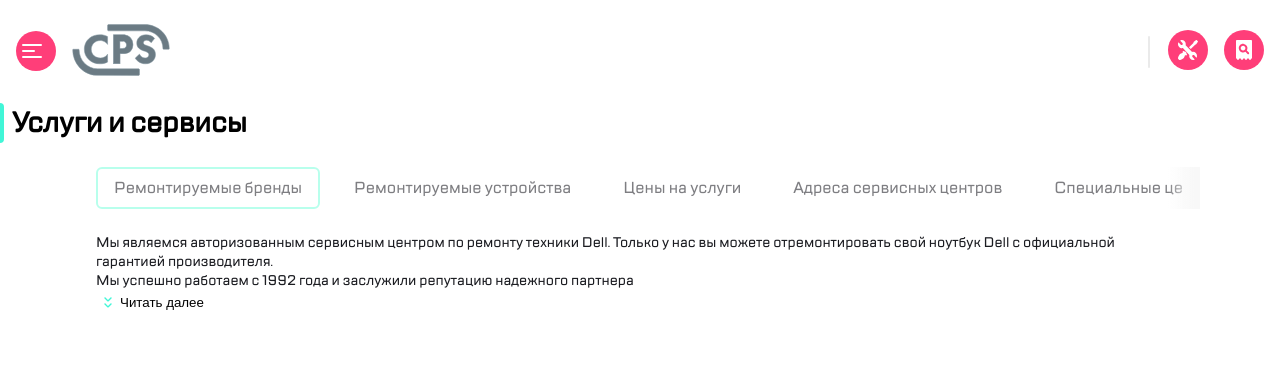
Repository: sem1103/bem
Page: index.html
These files come from the project's save history. The page is drawn as it stood at one moment and after the next save; the edit follows.
The browser window is 1280 px wide. The pictures show the whole page.

Above is the page before, as saved 2023-12-27 18:29:30.

### index.html
<!DOCTYPE html>
<html lang="en">
<head>
    <meta charset="UTF-8">
    <meta name="viewport" content="width=device-width, initial-scale=1.0">
    <title>CPS</title>
    <link rel="stylesheet" href="styles/reset.css">
    <link rel="stylesheet" href="styles/main.css">
</head>
<body>
    <div id="page" >
        <header>
            <nav>
                <div class="burger">
                    <button class="burger__btn ">
                        <span></span>
                        <span></span>
                        <span></span>
                    </button>
                </div>

                <div class="burger-menu">

                    <ul class="burger-menu__list">
                        <li><a href="">Главная</a></li>
                        <li><a href="">Услуги и сервисы</a></li>
                        <li><a href="">Контакты</a></li>
                        <li><a href="">
                            <svg xmlns="http://www.w3.org/2000/svg" width="40" height="40" viewBox="0 0 40 40" fill="none">
                                <rect width="40" height="40" rx="20" fill="#FF3E79"/>
                                <path fill-rule="evenodd" clip-rule="evenodd" d="M12.7602 23.25L15.3002 22.96C15.9102 22.89 16.5102 23.1 16.9402 23.53L18.7802 25.37C21.6102 23.93 23.9302 21.62 25.3702 18.78L23.5202 16.93C23.0902 16.5 22.8802 15.9 22.9502 15.29L23.2402 12.77C23.3602 11.76 24.2102 11 25.2302 11H26.9602C28.0902 11 29.0302 11.94 28.9602 13.07C28.4302 21.61 21.6002 28.43 13.0702 28.96C11.9402 29.03 11.0002 28.09 11.0002 26.96V25.23C10.9902 24.22 11.7502 23.37 12.7602 23.25Z" fill="white"/>
                              </svg>
                        </a></li>
                        <li><a href="">
                            <svg xmlns="http://www.w3.org/2000/svg" width="40" height="40" viewBox="0 0 40 40" fill="none">
                                <rect width="40" height="40" rx="20" fill="#FF3E79"/>
                                <path fill-rule="evenodd" clip-rule="evenodd" d="M28 11H12C10.9 11 10.01 11.9 10.01 13L10 31L14 26H28C29.1 26 30 25.1 30 24V13C30 11.9 29.1 11 28 11ZM21 22H15C14.45 22 14 21.55 14 21C14 20.45 14.45 20 15 20H21C21.55 20 22 20.45 22 21C22 21.55 21.55 22 21 22ZM25 17H15C14.45 17 14 16.55 14 16C14 15.45 14.45 15 15 15H25C25.55 15 26 15.45 26 16C26 16.55 25.55 17 25 17Z" fill="white"/>
                                <mask id="mask0_0_1880" style="mask-type:luminance" maskUnits="userSpaceOnUse" x="10" y="11" width="20" height="20">
                                  <path fill-rule="evenodd" clip-rule="evenodd" d="M28 11H12C10.9 11 10.01 11.9 10.01 13L10 31L14 26H28C29.1 26 30 25.1 30 24V13C30 11.9 29.1 11 28 11ZM21 22H15C14.45 22 14 21.55 14 21C14 20.45 14.45 20 15 20H21C21.55 20 22 20.45 22 21C22 21.55 21.55 22 21 22ZM25 17H15C14.45 17 14 16.55 14 16C14 15.45 14.45 15 15 15H25C25.55 15 26 15.45 26 16C26 16.55 25.55 17 25 17Z" fill="white"/>
                                </mask>
                                <g mask="url(#mask0_0_1880)">
                                </g>
                              </svg>
                        </a></li>
                        <li><a href="">
                            <svg xmlns="http://www.w3.org/2000/svg" width="40" height="40" viewBox="0 0 40 40" fill="none">
                                <rect width="40" height="40" rx="20" fill="#FF3E79"/>
                                <path d="M20.5 19C22.9853 19 25 16.9853 25 14.5C25 12.0147 22.9853 10 20.5 10C18.0147 10 16 12.0147 16 14.5C16 16.9853 18.0147 19 20.5 19Z" fill="white"/>
                                <path d="M10.0166 26.6118C9.88693 27.3412 10.5352 28 11.339 28H28.6604C29.4902 28 30.1125 27.3412 29.9829 26.6118C29.2309 22.4 25.0561 20 19.9997 20C14.9433 20 10.7686 22.4 10.0166 26.6118Z" fill="white"/>
                              </svg>
                        </a></li>
                    </ul>
                </div>

                <div class="logo">
                    <svg class="logo__item" xmlns="http://www.w3.org/2000/svg" width="98" height="52" viewBox="0 0 98 52" fill="none">
                        <path fill-rule="evenodd" clip-rule="evenodd" d="M36.5703 0.592529C36.018 0.592529 35.5703 1.04024 35.5703 1.59253V5.86748C35.5703 6.41977 36.018 6.86748 36.5703 6.86748H72.8973C83.0242 6.86748 90.9777 14.6641 90.9777 24.757C90.9777 25.0425 91.2092 25.274 91.4948 25.274H96.757C97.0425 25.274 97.274 25.0425 97.274 24.757C97.274 11.2677 86.432 0.592529 72.8973 0.592529H36.5703Z" fill="#6B7B84" stroke="#80949F" stroke-width="0.5"/>
                        <path fill-rule="evenodd" clip-rule="evenodd" d="M7.10682 25.7122C7.10682 25.4702 6.91059 25.2739 6.66853 25.2739H1.16436C0.922303 25.2739 0.726074 25.4702 0.726074 25.7122C0.726074 39.3616 10.9493 50.6311 24.1687 51.3686L66.5104 51.4064C67.063 51.4069 67.5113 50.959 67.5113 50.4064V45.8267C67.5113 45.2745 67.0635 44.8267 66.5113 44.8267H25.6265C15.3903 44.7984 7.10682 36.283 7.10682 25.7122Z" fill="#6B7B84" stroke="#80949F" stroke-width="0.5"/>
                        <path fill-rule="evenodd" clip-rule="evenodd" d="M28.1415 39.7924C30.8803 39.7924 33.1616 39.2603 35.4149 38.1655L35.5704 38.0199V30.1855L34.7273 31.2649C33.1049 33.0378 30.9259 34.0137 28.4608 34.0137C23.8692 34.0137 19.2575 31.0459 19.2575 25.3738C19.2575 21.0874 22.4381 16.532 28.2993 16.532C29.4688 16.532 32.313 16.8085 34.7232 19.368L35.5704 20.4117V12.6127L35.4218 12.4653C33.1258 11.3147 30.7843 10.7554 28.1137 10.7554C23.5467 10.7554 19.9821 11.9577 17.1438 14.4289C15.3435 15.9777 12.3408 19.4485 12.3408 25.2923C12.3408 29.6131 13.8793 32.9875 17.1669 35.9144C20.2252 38.5962 23.6163 39.7924 28.1415 39.7924Z" fill="#6B7B84"/>
                        <path d="M28.1415 39.7924C30.8803 39.7924 33.1616 39.2603 35.4149 38.1655L35.5704 38.0199V30.1855L34.7273 31.2649C33.1049 33.0378 30.9259 34.0137 28.4608 34.0137C23.8692 34.0137 19.2575 31.0459 19.2575 25.3738C19.2575 21.0874 22.4381 16.532 28.2993 16.532C29.4688 16.532 32.313 16.8085 34.7232 19.368L35.5704 20.4117V12.6127L35.4218 12.4653C33.1258 11.3147 30.7843 10.7554 28.1137 10.7554C23.5467 10.7554 19.9821 11.9577 17.1438 14.4289C15.3435 15.9777 12.3408 19.4485 12.3408 25.2923C12.3408 29.6131 13.8793 32.9875 17.1669 35.9144C20.2252 38.5962 23.6163 39.7924 28.1415 39.7924" stroke="#80949F" stroke-width="0.5"/>
                        <path fill-rule="evenodd" clip-rule="evenodd" d="M47.9111 17.2888H49.2755C50.5269 17.2888 51.9533 17.3571 53.0328 18.093C53.56 18.4695 54.4445 19.3412 54.4445 20.9246C54.4445 22.0946 53.9274 23.1437 53.0734 23.7984C51.9783 24.5932 50.6768 24.5476 49.6309 24.5476H47.9111V17.2888ZM50.977 29.8179C54.2084 29.8179 56.7377 28.8858 58.4943 27.1298C60.655 24.9735 60.9779 22.0073 60.9779 20.4435C60.9779 18.7703 60.5813 15.5066 57.9212 13.1435C55.7407 11.2328 53.4142 10.7554 50.1324 10.7554H41.3779V39.7924H48.0365V29.8179H50.977Z" fill="#6B7B84"/>
                        <path d="M47.9111 17.2888V17.0388H47.6611V17.2888H47.9111ZM53.0328 18.093L53.1782 17.8895L53.1736 17.8864L53.0328 18.093ZM53.0734 23.7984L53.2203 24.0007L53.2254 23.9968L53.0734 23.7984ZM47.9111 24.5476H47.6611V24.7976H47.9111V24.5476ZM58.4943 27.1298L58.3177 26.9529L58.3175 26.953L58.4943 27.1298ZM57.9212 13.1435L58.0872 12.9566L58.086 12.9555L57.9212 13.1435ZM41.3779 10.7554V10.5054H41.1279V10.7554H41.3779ZM41.3779 39.7924H41.1279V40.0424H41.3779V39.7924ZM48.0365 39.7924V40.0424H48.2865V39.7924H48.0365ZM48.0365 29.8179V29.5679H47.7865V29.8179H48.0365ZM47.9111 17.5388H49.2755V17.0388H47.9111V17.5388ZM49.2755 17.5388C50.5326 17.5388 51.8839 17.6123 52.892 18.2995L53.1736 17.8864C52.0227 17.1019 50.5212 17.0388 49.2755 17.0388V17.5388ZM52.8875 18.2964C53.3751 18.6447 54.1945 19.4495 54.1945 20.9246H54.6945C54.6945 19.233 53.7448 18.2943 53.1782 17.8895L52.8875 18.2964ZM54.1945 20.9246C54.1945 22.0205 53.7107 22.9948 52.9213 23.5999L53.2254 23.9968C54.1441 23.2926 54.6945 22.1687 54.6945 20.9246H54.1945ZM52.9265 23.596C51.9091 24.3345 50.6971 24.2976 49.6309 24.2976V24.7976C50.6564 24.7976 52.0475 24.8519 53.2202 24.0007L52.9265 23.596ZM49.6309 24.2976H47.9111V24.7976H49.6309V24.2976ZM48.1611 24.5476V17.2888H47.6611V24.5476H48.1611ZM50.977 30.0679C54.2568 30.0679 56.8563 29.1207 58.671 27.3066L58.3175 26.953C56.6191 28.6509 54.1599 29.5679 50.977 29.5679V30.0679ZM58.6709 27.3068C60.9029 25.0793 61.2279 22.0287 61.2279 20.4435H60.7279C60.7279 21.9859 60.407 24.8678 58.3177 26.9529L58.6709 27.3068ZM61.2279 20.4435C61.2279 18.7422 60.8263 15.3898 58.0872 12.9566L57.7552 13.3304C60.3363 15.6233 60.7279 18.7983 60.7279 20.4435H61.2279ZM58.086 12.9555C55.84 10.9874 53.4417 10.5054 50.1324 10.5054V11.0054C53.3867 11.0054 55.6415 11.4782 57.7564 13.3315L58.086 12.9555ZM50.1324 10.5054H41.3779V11.0054H50.1324V10.5054ZM41.1279 10.7554V39.7924H41.6279V10.7554H41.1279ZM41.3779 40.0424H48.0365V39.5424H41.3779V40.0424ZM48.2865 39.7924V29.8179H47.7865V39.7924H48.2865ZM48.0365 30.0679H50.977V29.5679H48.0365V30.0679Z" fill="#80949F"/>
                        <path fill-rule="evenodd" clip-rule="evenodd" d="M80.953 24.4687C79.5053 23.1861 77.4846 22.4425 75.1911 21.6713C73.5569 21.1027 72.6565 20.7894 72.0562 20.2421C71.5824 19.8399 71.3712 19.4033 71.3712 18.8262C71.3712 17.5622 72.2301 16.2113 74.6414 16.2113C76.2801 16.2113 77.6521 16.912 78.7197 18.293L79.1435 18.8414L82.6597 14.3656L82.3392 14.0445C80.1886 11.8924 77.3548 10.7554 74.1439 10.7554C67.6657 10.7554 64.7658 14.9699 64.7658 19.1468C64.7658 21.3882 65.5651 23.196 67.1367 24.5175C68.5437 25.7234 70.2595 26.3991 71.9054 26.9507L72.0914 27.0123C73.553 27.4954 75.0646 27.9954 75.9674 28.8034C76.5955 29.3805 76.8754 30.0076 76.8754 30.8367C76.8754 32.7368 75.379 34.0137 73.152 34.0137C71.3916 34.0137 69.0735 33.1508 67.8471 30.7296L67.5263 30.0953L63.1558 34.1411L63.4135 34.5056C64.8079 36.4801 67.9545 39.7924 73.3594 39.7924C79.3191 39.7924 83.4817 35.9608 83.4817 30.4751C83.4817 27.3374 82.1051 25.4752 80.953 24.4687Z" fill="#6B7B84"/>
                        <path d="M80.953 24.4687C79.5053 23.1861 77.4846 22.4425 75.1911 21.6713C73.5569 21.1027 72.6565 20.7894 72.0562 20.2421C71.5824 19.8399 71.3712 19.4033 71.3712 18.8262C71.3712 17.5622 72.2301 16.2113 74.6414 16.2113C76.2801 16.2113 77.6521 16.912 78.7197 18.293L79.1435 18.8414L82.6597 14.3656L82.3392 14.0445C80.1886 11.8924 77.3548 10.7554 74.1439 10.7554C67.6657 10.7554 64.7658 14.9699 64.7658 19.1468C64.7658 21.3882 65.5651 23.196 67.1367 24.5175C68.5437 25.7234 70.2595 26.3991 71.9054 26.9507L72.0914 27.0123C73.553 27.4954 75.0646 27.9954 75.9674 28.8034C76.5955 29.3805 76.8754 30.0076 76.8754 30.8367C76.8754 32.7368 75.379 34.0137 73.152 34.0137C71.3916 34.0137 69.0735 33.1508 67.8471 30.7296L67.5263 30.0953L63.1558 34.1411L63.4135 34.5056C64.8079 36.4801 67.9545 39.7924 73.3594 39.7924C79.3191 39.7924 83.4817 35.9608 83.4817 30.4751C83.4817 27.3374 82.1051 25.4752 80.953 24.4687" stroke="#80949F" stroke-width="0.5"/>
                      </svg>
                </div>

                <div class="right-nav">
                    <ul class="right-nav__list">
                        <li><a href="">
                            <svg xmlns="http://www.w3.org/2000/svg" width="40" height="40" viewBox="0 0 40 40" fill="none">
                                <rect width="40" height="40" rx="20" fill="#FF3E79"/>
                                <path d="M18.2581 23.4583L18.6668 23.0494L16.95 21.3322L16.5412 21.7411L16.3368 21.5367C16.0098 21.1687 15.6828 20.9643 15.3558 21.0052C15.1105 21.0052 14.9061 21.1687 14.7426 21.414C14.4973 21.8229 14.62 22.2726 14.6608 22.5588C14.6608 22.6406 14.7017 22.6815 14.7017 22.7632C14.7017 22.8859 14.7017 23.0494 14.4156 23.0903C14.0068 23.213 13.4754 23.3356 12.944 23.6218C12.2082 24.0307 11.7176 24.3987 11.4315 24.7666C9.91902 26.7291 10.0008 28.4055 10.0008 28.4872C10.0008 28.6099 10.0417 28.6917 10.1234 28.7325L11.2271 29.8773C11.3089 29.9591 11.3906 30 11.4724 30C11.4724 30 11.5133 30 11.595 30C12.0038 30 13.4754 29.9182 15.1922 28.569C15.5601 28.2828 15.928 27.7922 16.3368 27.0562C16.623 26.5656 16.7865 26.0341 16.8682 25.5844C16.95 25.2982 17.0726 25.2982 17.1953 25.2982C17.2361 25.2982 17.3179 25.339 17.3996 25.339C17.5631 25.3799 17.7267 25.4208 17.931 25.4208C18.1354 25.4208 18.3398 25.3799 18.5442 25.2573C18.7895 25.0937 18.953 24.8893 18.9939 24.644C19.0347 24.3169 18.8712 23.9898 18.5033 23.7036L18.2581 23.4583Z" fill="white"/>
                                <path d="M26.884 14.8784L28.0188 14.326C28.0609 14.2835 28.1449 14.241 28.1869 14.1986L29.9101 11.8616C30.0362 11.6916 30.0362 11.4367 29.8681 11.3092L28.6913 10.1195C28.5652 9.99199 28.313 9.9495 28.1449 10.077L25.8333 11.8191C25.7913 11.8616 25.7493 11.9041 25.7072 11.989L25.1609 13.1363L21 17.2154L22.7652 19L26.884 14.8784Z" fill="white"/>
                                <path d="M27.8527 23.0448C26.8636 22.0036 25.4393 21.6288 24.0941 22.0036L17.6453 15.1733C17.7244 14.7985 17.764 14.4653 17.764 14.0905C17.764 13.0493 17.3683 12.0081 16.6166 11.2167C15.588 10.0923 14.045 9.71742 12.6207 10.2172C12.5416 10.2588 12.4229 10.3838 12.3833 10.5504C12.3833 10.6753 12.4229 10.8003 12.502 10.9252L14.4406 12.966C14.8758 13.4241 14.8758 14.2154 14.4406 14.6735C14.0054 15.1317 13.2537 15.1317 12.8185 14.6735L10.8799 12.6328C10.7612 12.5495 10.6425 12.5078 10.4843 12.5495C10.3656 12.5495 10.2469 12.6744 10.2073 12.7994C9.73256 14.2571 10.0886 15.8813 11.1173 16.9642C11.8294 17.7555 12.8581 18.172 13.8867 18.172C14.2032 18.172 14.5593 18.1303 14.8758 18.047L21.3642 24.8773C21.0082 26.2933 21.4038 27.7927 22.3533 28.8339C23.105 29.6252 24.0546 30 25.0832 30C25.5184 30 25.914 29.9167 26.3492 29.7918C26.4679 29.7501 26.5866 29.6252 26.6262 29.5002C26.6658 29.3753 26.6262 29.2087 26.5075 29.1254L24.5689 27.0846C24.3711 26.8764 24.2128 26.5432 24.2128 26.21C24.2128 25.8768 24.3315 25.5853 24.5689 25.3354C24.8063 25.0855 25.0832 24.9606 25.3997 24.9606C25.7162 24.9606 25.9932 25.0855 26.2306 25.3354L28.1692 27.3762C28.2879 27.4595 28.4065 27.5011 28.5252 27.5011C28.6439 27.4595 28.7626 27.3762 28.8022 27.2512C28.9209 26.8348 29 26.3766 29 25.9185C29 24.8356 28.6044 23.7944 27.8527 23.0448Z" fill="white"/>
                              </svg>
                        </a></li>

                        <li><a href="">
                            <svg xmlns="http://www.w3.org/2000/svg" width="40" height="40" viewBox="0 0 40 40" fill="none">
                                <rect width="40" height="40" rx="20" fill="#FF3E79"/>
                                <path fill-rule="evenodd" clip-rule="evenodd" d="M12 11C12 10.4477 12.4477 10 13 10H27C27.5523 10 28 10.4477 28 11V28.5C27.1716 28.5 26.5 29.1715 26.5 29.9999H25.5C25.5 29.1715 24.8284 28.5 24 28.5C23.1716 28.5 22.5 29.1715 22.5 29.9999H21.5C21.5 29.1715 20.8284 28.5 20 28.5C19.1716 28.5 18.5 29.1715 18.5 29.9999H17.5C17.5 29.1715 16.8284 28.5 16 28.5C15.1716 28.5 14.5 29.1715 14.5 29.9999H13.5C13.5 29.1715 12.8284 28.5 12 28.5V11ZM21.4163 21.7884C20.5536 22.3443 19.4703 22.5936 18.3296 22.3827C16.5274 22.0472 15.0895 20.5326 14.8595 18.7114C14.4952 15.8261 16.9492 13.4201 19.8538 13.8802C21.656 14.1677 23.1034 15.6439 23.4006 17.4365C23.5828 18.5484 23.3239 19.5741 22.7871 20.4272L24.896 22.5265C25.2699 22.9003 25.2699 23.5138 24.896 23.8876C24.5126 24.2711 23.8991 24.2711 23.5252 23.8972L21.4163 21.7884ZM16.7058 18.0588C16.7058 16.7599 17.7599 15.7058 19.0588 15.7058C20.3576 15.7058 21.4117 16.7599 21.4117 18.0588C21.4117 19.3576 20.3576 20.4117 19.0588 20.4117C17.7599 20.4117 16.7058 19.3576 16.7058 18.0588Z" fill="white"/>
                              </svg>
                        </a></li>
                    </ul>
                </div>
            </nav>
        </header>

        <main >
            <div class="title">
                <h1>
                    Услуги и сервисы
                </h1>
                <ul class="title__nav">
                    <li><a href=""></a></li>
                    <li><a href=""></a></li>
                </ul>
            </div>



            <div class="navigation container">
                <ul class="navigation__list">
                    <li><button class="navigation__item navigation__item_active">Ремонтируемые бренды</button></li>
                    <li><button class="navigation__item">Ремонтируемые устройства</button></li>
                    <li><button class="navigation__item">Цены на услуги</button></li>
                    <li><button class="navigation__item">Адреса сервисных центров</button></li>
                    <li><button class="navigation__item">Специальные цены</button></li>
                </ul>
            </div>

            <section class="content container">
                <div class="content__text">
                    <p>Мы являемся авторизованным сервисным центром по ремонту техники Dell. Только у нас вы можете отремонтировать свой ноутбук Dell с официальной гарантией производителя.</p>
                    <p>
                        Мы успешно работаем с 1992 года и заслужили репутацию надежного партнера
                    </p>

                    <button class="content__more">
                        <svg xmlns="http://www.w3.org/2000/svg" width="24" height="24" viewBox="0 0 24 24" fill="none">
                            <path fill-rule="evenodd" clip-rule="evenodd" d="M14.5001 7.50008L12.0001 10.0001L9.50008 7.50008C9.22393 7.22393 8.77622 7.22393 8.50008 7.50008C8.22393 7.77622 8.22393 8.22393 8.50008 8.50008L11.293 11.293C11.6835 11.6835 12.3167 11.6835 12.7072 11.293L15.5001 8.50008C15.7762 8.22393 15.7762 7.77622 15.5001 7.50008C15.2239 7.22393 14.7762 7.22393 14.5001 7.50008ZM14.5001 13.5001L12.0001 16.0001L9.50008 13.5001C9.22393 13.2239 8.77622 13.2239 8.50008 13.5001C8.22393 13.7762 8.22393 14.2239 8.50008 14.5001L11.293 17.293C11.6835 17.6835 12.3167 17.6835 12.7072 17.293L15.5001 14.5001C15.7762 14.2239 15.7762 13.7762 15.5001 13.5001C15.2239 13.2239 14.7762 13.2239 14.5001 13.5001Z" fill="#41F6D7"/>
                          </svg>
                          Читать далее
                    </button>
                </div>

            </section>
        </main>

        <footer></footer>
    </div>
</body>
</html>

### styles/reset.css
:root{
    --green: #57aa32;
    --gray: #2e2d2c;
}
html{
    scroll-behavior: smooth;
}
html,
body,
div,
span,
applet,
object,
iframe,
h1,
h2,
h3,
h4,
h5,
h6,
p,
blockquote,
pre,
a,
abbr,
acronym,
address,
big,
cite,
code,
del,
dfn,
em,
img,
ins,
kbd,
q,
s,
samp,
small,
strike,
strong,
sub,
sup,
tt,
var,
b,
u,
i,
center,
dl,
dt,
dd,
ol,
ul,
li,
fieldset,
form,
label,
legend,
table,
caption,
tbody,
tfoot,
thead,
tr,
th,
td,
article,
aside,
canvas,
details,
embed,
figure,
figcaption,
footer,
header,
hgroup,
menu,
nav,
output,
ruby,
section,
summary,
time,
mark,
audio,
video {
    margin: 0;
    padding: 0;
    border: 0;
    font-size: 100%;
    font: inherit;
    vertical-align: baseline
}

article,
aside,
details,
figcaption,
figure,
footer,
header,
hgroup,
menu,
nav,
section {
    display: block
}

body {
    line-height: 1;
}

ol,
ul {
    list-style: none
}

blockquote,
q {
    quotes: none
}

blockquote:before,
blockquote:after,
q:before,
q:after {
    content: '';
    content: none
}

table {
    border-collapse: collapse;
    border-spacing: 0
}

a {
    text-decoration: none;
    color: #365edc;
    transition: all .3s ease-in-out
}

a:hover {
    color: #365edc;
}

* {
    box-sizing: border-box
}

main img{
    width: 100%;
    height: auto;
}

### styles/main.css
:root{
    --pink: #FF3E79;
    --lakesFont: 'TT Lakes Medium'
}
@font-face {
    font-family: 'TT Lakes Medium';
    src: url('../fonts/TTLakes-Medium.eot');
    src: url('../fonts/TTLakes-Medium.eot?#iefix') format('embedded-opentype'),
    url('../fonts/TTLakes-Medium.woff') format('woff'),
    url('../fonts/TTLakes-Medium.ttf') format('truetype');
    font-weight: normal;
    font-style: normal;
    }
h1{
    font:700 28px/40px var(--lakesFont);
    position: relative;
    padding: 0 0 0 12px;
}
h1::before{
    content: '';
    position: absolute;
    width: 4px;
    height: 100%;
    left: 0;
    background: #41F6D7;
    border-radius: 0 5px 5px 0;
}
.container{
    max-width: 1120px;
    margin: 0 auto;
    padding: 0 16px;
}
header{
    position: relative;
    padding: 24px 16px;
}
nav{
    display: flex;
    align-items: center;
}
nav > div:last-child{
    margin: 0 0 0 auto;
}
.burger-menu{
    position: absolute;
    left: -300%;
}
.burger__btn{
    width: 40px;
    height: 40px;
    background: var(--pink);
    border: 0;
    border-radius: 50%;
    position: relative;
    cursor: pointer;
    margin: 0 16px 0 0;
}
.burger__btn span{
    display: block;
    width: 20px;
    height: 2px;
    background: #fff;
    border-radius: 5px;
    position: absolute;
    top: 50%;
    transform: translate(0, -50%);
}
.burger__btn span:first-child{
    top: 35%;
}
.burger__btn span:nth-child(2){
    width: 13px;
}
.burger__btn span:last-child{
    top: 65%;
}

.right-nav__list{
    display: flex;
    gap: 16px;
    position: relative;
}
.logo__item{
    position: relative;
}
.right-nav__list::before{
    content: "";
    position: absolute;
    left: -20px;
    height: 32px;
    top: 50%;
    transform: translateY(-50%);
    width: 2px;
    border-radius: 1px;
    background-color: #EAEAEA;
}
.navigation{
    position: relative;
}
.navigation__list{
    display: flex;
    overflow: auto;
    gap: 16px;
    margin: 24px 0;
}
.navigation::after{
    content: '';
    width: 32px;
    height: 100%;
    position: absolute;
    right: 0;
    top: 0;
    background: linear-gradient(270deg, #F8F8F8 16.84%, rgba(248, 248, 248, 0.00) 100%);}
.navigation__item{
    color: #7E7E82;
    font: 500 16px var(--lakesFont);
    background-color: #fff;
    padding: 8px 16px;
    white-space: nowrap;
    border: 2px solid transparent;
    border-radius: 6px;
    transition: all .3s ease-in-out;
}
.navigation__item_active{
    border-color: #B8FFEC;
}

.content__more{
    background-color: transparent;
    border: 0;
    padding: 0;
    display: flex;
    align-items: center;
}
.content__text p{
    color: #1B1C21;
    font: 14px var(--lakesFont);
}

After the next save:
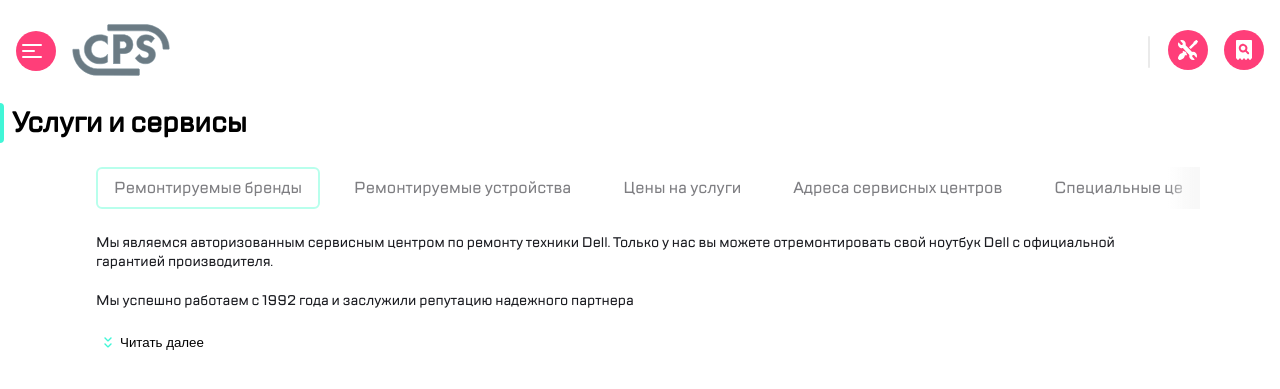
Saved 34 s later.
--- a/styles/main.css
+++ b/styles/main.css
@@ -135,4 +135,5 @@
 .content__text p{
     color: #1B1C21;
     font: 14px var(--lakesFont);
+    margin: 0 0 20px 0;
 }
